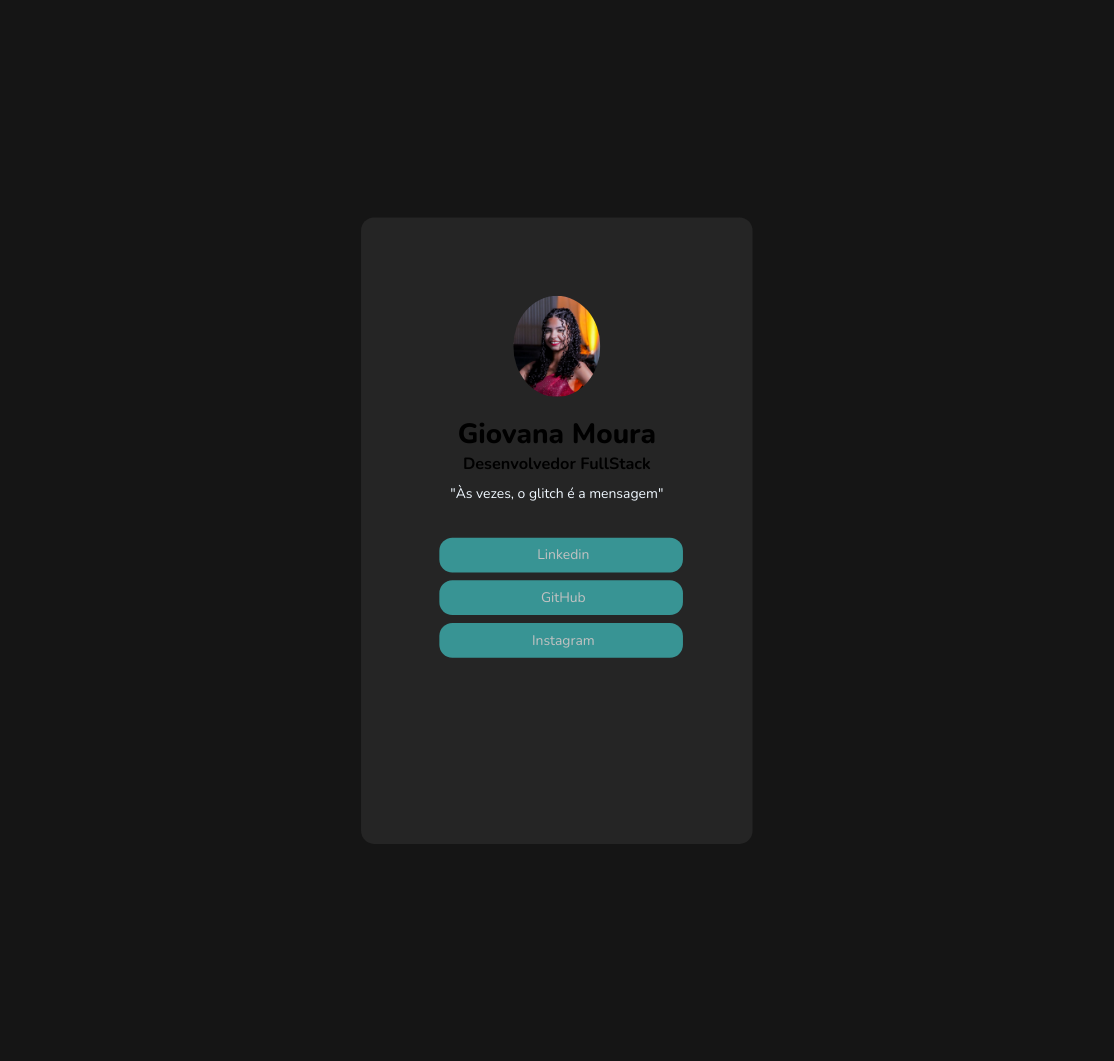
Repository: gimoli/linktree-giovana
Page: index.html
These files come from the project's save history. The page is drawn as it stood at one moment and after the next save; the edit follows.
The browser window is 1280 px wide. The pictures show the whole page, at 87% of full size.
Some icons come from a web library that is not loaded, so they are not drawn.

Above is the page before, as saved 2025-04-11 10:57:34.

### index.html
<!DOCTYPE html>
<html lang="en">
<head>
    <meta charset="UTF-8">
    <meta name="viewport" content="width=device-width, initial-scale=1.0">
    <title>linktree Giovana</title>
    <link rel="stylesheet" href="style.css">
    <link rel="preconnect" href="https://fonts.googleapis.com">
<link rel="preconnect" href="https://fonts.gstatic.com" crossorigin>
<link href="https://fonts.googleapis.com/css2?family=Nunito:ital,wght@0,200..1000;1,200..1000&display=swap" rel="stylesheet">
<link rel="stylesheet" type='text/css' href="https://fontawesome.com/icons/instagram?f=classic&s=brands" />
</head>
<body>
    <div class="container-main">
        <div class="container-imagem">
            <img src="./image-profile.jfif" alt="foto perfil"/>
        </div>
        <div class="container-infos">
            <h1>Giovana Moura</h1>
            <h3>Desenvolvedor FullStack</h3>
        </div>
        <div class="container-easter-egg">
            <p>"Às vezes, o glitch é a mensagem"</p>
        </div>
        <div class="container-social">
            <ul>
                <a href="https://www.linkedin.com/in/giovana-moura-3543032bb/" target="_blank" class="botao-linktree-1">
                     <li>

                        <i class="fa-brands fa-linkedin"></i>

                         <p>Linkedin</p>
                    </li>
                </a>

                <a href="https://github.com/gimoli" target="_blank" class="botao-linktree-2">
                     <li>
                        <i class="fa-brands fa-github"></i>
                        <p>GitHub</p>
                    </li>
                </a>
                <a href="https://www.instagram.com/gimoli_n?igsh=cTNvNDJ0M3owb3Vs&utm_source=qr" target="_blank" class="botao-linktree-3">
                     <li>
                        <i class="fa-brands fa-instagram"></i>
                        <p>Instagram</p>
                    </li>
                </a>
            </ul>
        </div>
    </div>
</body>
</html>

### style.css
*{
    font-family: "Nunito", sans-serif;
    margin: 0;
    padding: 0;
    box-sizing: border-box;
}

body {
    background-color: rgb(21, 21, 21);
}

.container-main {
    background-color: rgb(37, 37, 37);
    width: 450px;
    height: 720px;
    box-sizing: border-box;
    margin: 250px auto;
    padding: 90px;
    border-radius: 15px;
    text-align: center;
}

.container-imagem img{
    margin: 0 60px;
    width: 100px;
    border-radius: 100%;
}

.container-infos {
    margin-top: 15px;
    margin-bottom: 10px;
}

.container-infos h1 {
    font-weight: 800;
}

.container-infos h2{
  color: #e32363;
    margin-top: 10px;
    margin-bottom: px;
    font-weight: 600;
    font-size: 18px;
}

.container-easter-egg {
    margin-bottom: 15px;
    color: aliceblue;
}

.container-social ul{
    list-style-type: none;
}

.container-social a{
    text-decoration: none;
    color: rgb(194, 194, 194);
}

.container-social{
  margin-top: 40px;
}

.container-social li {
  display: flex;
  justify-content: center;
  gap: 5px;
  align-items: center;
  width: 280px;
  height: 40px;
  background-color: rgb(56, 148, 148);
  margin: 9px 0;
  padding: 8px 0;
  border-radius: 15px;
}

After the next save:
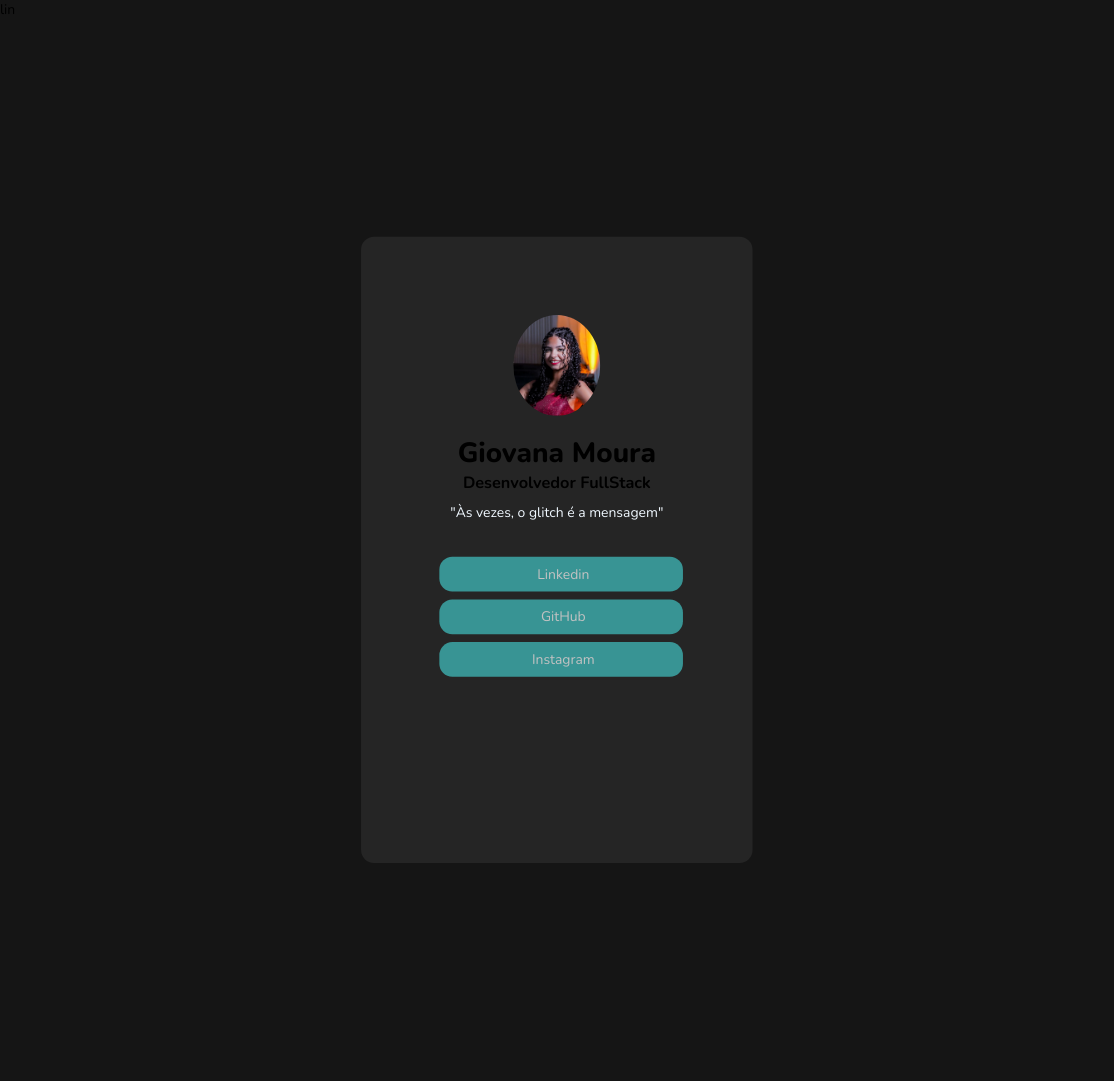
Saved 33 s later.
--- a/index.html
+++ b/index.html
@@ -9,6 +9,7 @@
 <link rel="preconnect" href="https://fonts.gstatic.com" crossorigin>
 <link href="https://fonts.googleapis.com/css2?family=Nunito:ital,wght@0,200..1000;1,200..1000&display=swap" rel="stylesheet">
 <link rel="stylesheet" type='text/css' href="https://fontawesome.com/icons/instagram?f=classic&s=brands" />
+lin
 </head>
 <body>
     <div class="container-main">

After the save that followed:
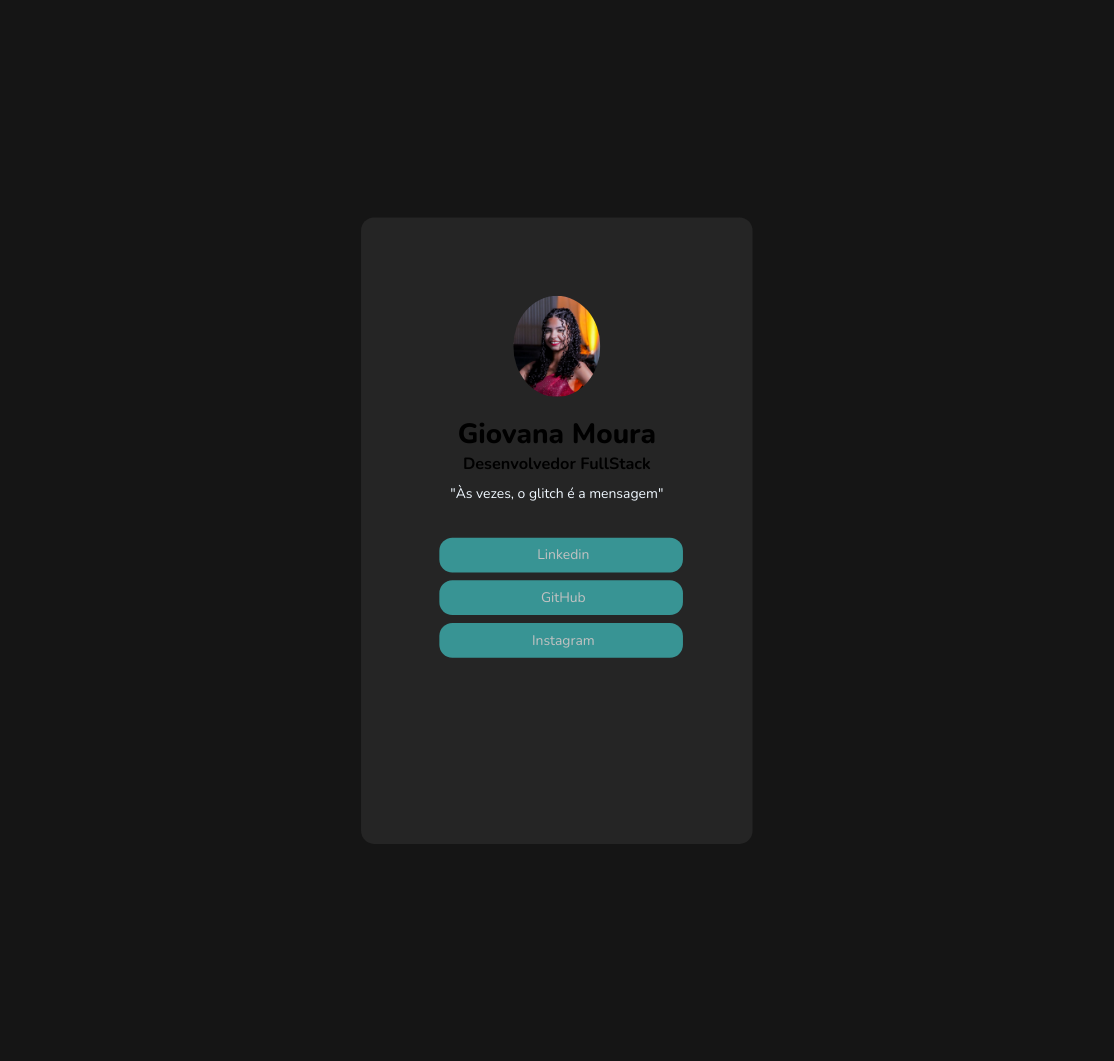
Saved 4 s later.
--- a/index.html
+++ b/index.html
@@ -9,7 +9,7 @@
 <link rel="preconnect" href="https://fonts.gstatic.com" crossorigin>
 <link href="https://fonts.googleapis.com/css2?family=Nunito:ital,wght@0,200..1000;1,200..1000&display=swap" rel="stylesheet">
 <link rel="stylesheet" type='text/css' href="https://fontawesome.com/icons/instagram?f=classic&s=brands" />
-lin
+
 </head>
 <body>
     <div class="container-main">
